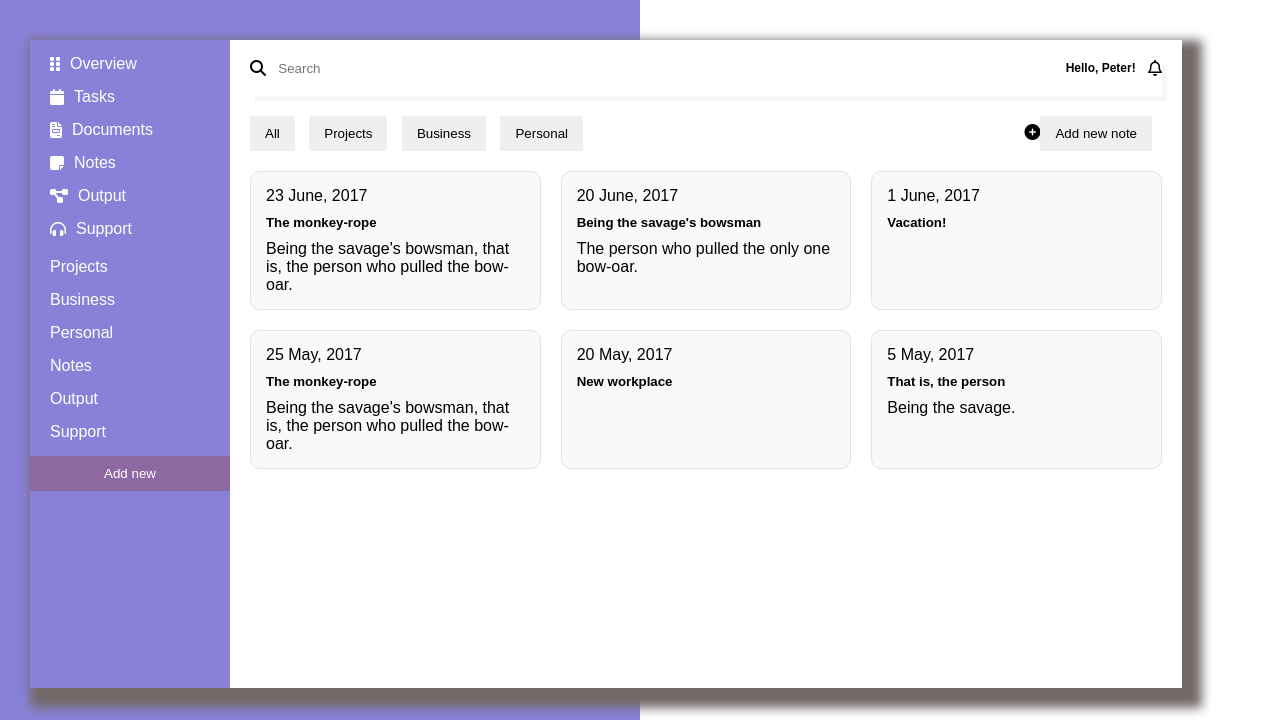
Repository: SatenikGabrielyan/HTML_CSS-_Assignment
Page: index.html
An editor plug-in stored every save of this project. The page is shown before and after a run of saves, followed by the edit.
The browser window is 1280 px wide. The pictures show the whole page.
Some web libraries are served in a nearby version.

Above is the page before, as saved 2025-03-18 00:07:59.

After the next 2 saves:
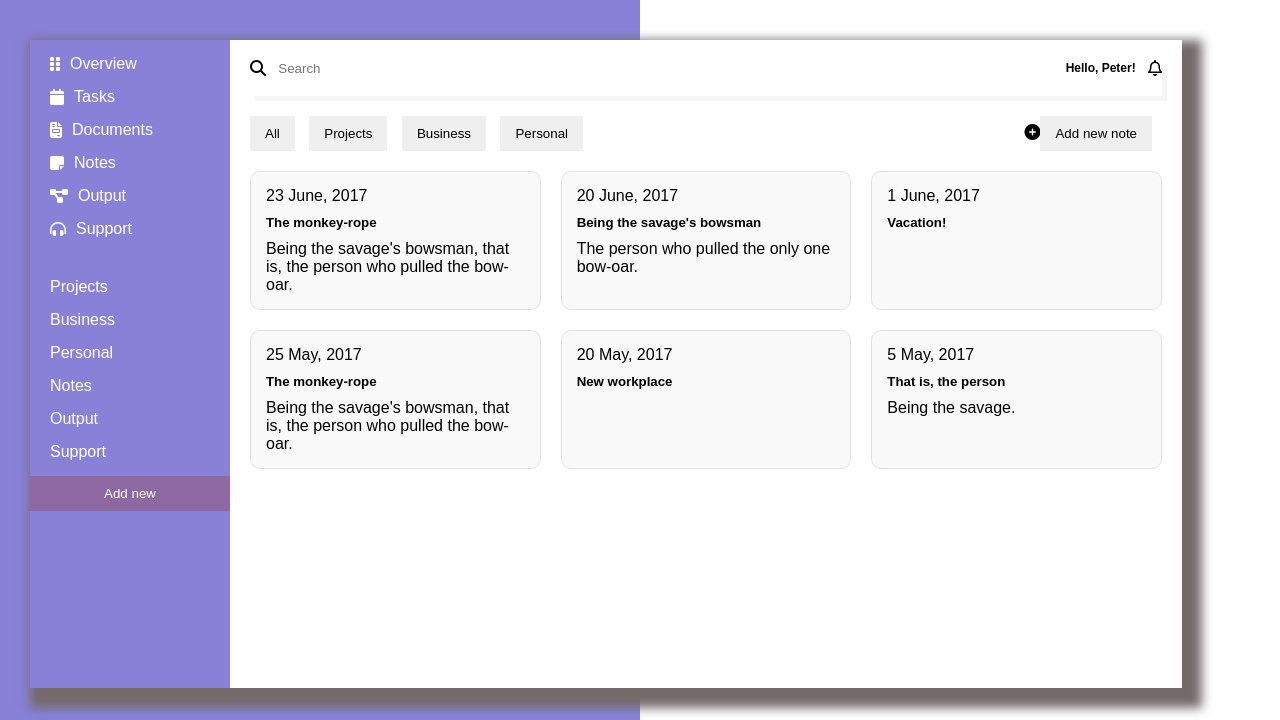
The 2 saves are shown as one change because they came seconds apart.
The last was saved 36 s later.
--- a/style.css
+++ b/style.css
@@ -100,7 +100,7 @@
     margin-right: 10px;
   }
   .second {
-      margin-top: 20px;
+      margin-top: 40px;
   }
  .second li {
     margin: 15px 0;
